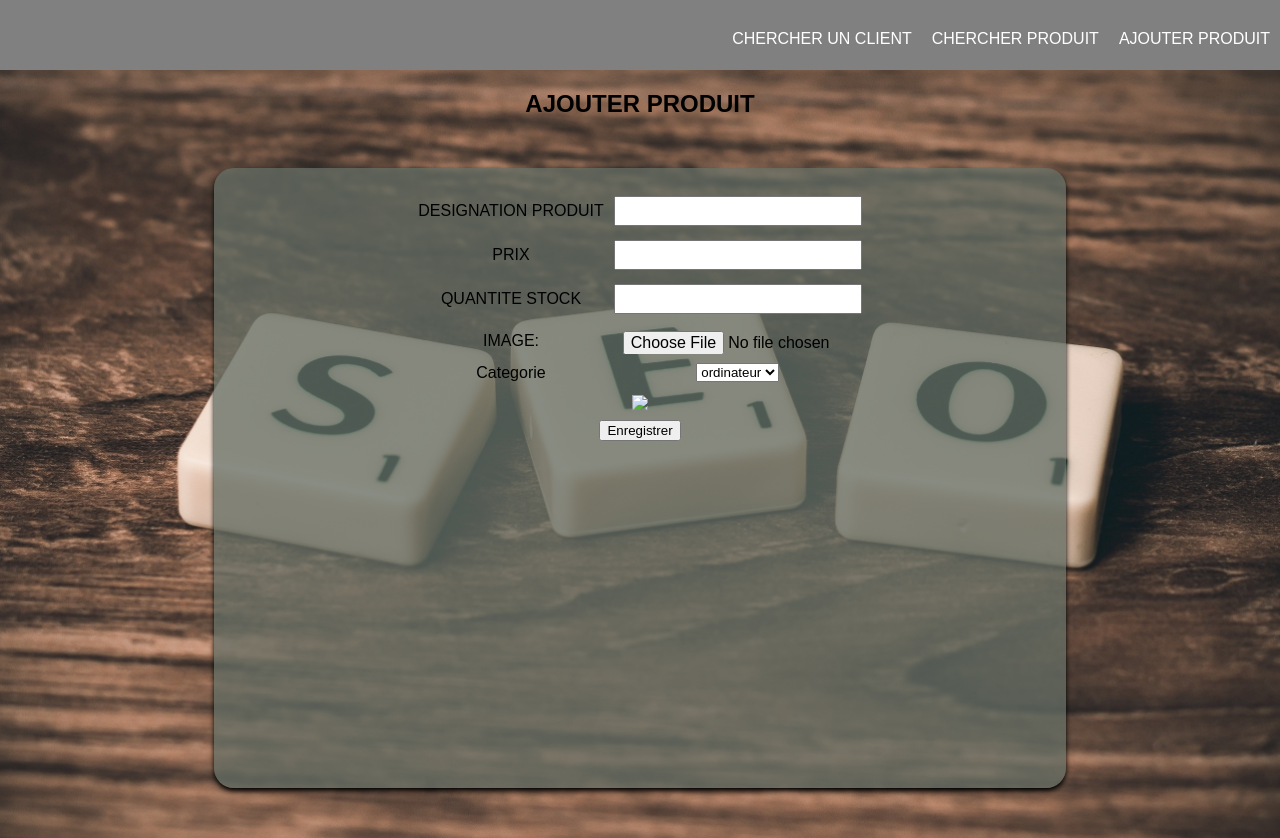
Repository: ahthionkevin/first-ecommerce-website
Page: http://localhost/addProductView.php
An editor plug-in stored every save of this project. The page is shown before and after the next save, followed by the edit.
The browser window is 1280 px wide. The pictures show the whole page.
The page is run by PHP 8.4 with error messages shown; the project is at /var/www/html/.

Above is the page before, as saved 2021-06-22 23:02:58.

### Cote_Serveur/addProductView.php
<!DOCTYPE html>
<html lang="en">
<head>
    <meta charset="UTF-8">
    <title>Ensa-Shop</title>
    <link rel="shortcut icon" href="favicon.ico" type="image/x-icon">
    <link rel="stylesheet" href="style.css">
</head>
<body>
    <?php
        require("header.php");
    ?>
    <h2>AJOUTER PRODUIT</h2>
    <form action="addProduct.php" method="post" class="read" autocomplete="off" enctype="multipart/form-data">
        <table>

            <tr>
                <td><label for="designation">DESIGNATION PRODUIT </label></td>
                <td><input type="text" name="designation" class="sign"></td>
            </tr>

            <tr>
                <td><label for="prix">PRIX </label></td>
                <td><input type="text" name="prix" class="sign"></td>
            </tr>

            <tr>
                <td><label for="qte">QUANTITE STOCK</label></td>
                <td><input type="text" name="qte" class="sign"></td>
            </tr>

            <tr>
                <td><label for="img">IMAGE: </label></td>
                <td><input type="file" name="img" id="img" accept="image/jpg" class="sign"></td>
            </tr>

            <tr>
                <td><label for="categorie">Categorie </label></td>
                <td><select name="categorie" id="caetgorie">
                    <option value="ordinateur">ordinateur</option>
                    <option value="telephone">telephone</option>
                    <option value="divers">divers</option>
                </select></td>
            </tr>

        </table>
        <img src="#" id="image" height="200px">
        <p>
            <input type="submit" value="Enregistrer">
        </p>
    </form>

</body>
<script>
    var image=document.getElementById("image");

    var img=document.getElementById("img");

    img.addEventListener('change',function(){
        const [file] = img.files
  if (file) {
    image.src = URL.createObjectURL(file)
  }
    });

</script>
</html>

### Cote_Serveur/header.php
<header>
    <nav>
        <a href="addProductView.php" class="link">AJOUTER PRODUIT</a>
        <a href="indexPRoduct.php" class="link">CHERCHER PRODUIT</a>
        <a href="index.php" class="link">CHERCHER UN CLIENT</a>
    </nav>
</header>

### Cote_Serveur/style.css

*{
    margin: 0px;
    font-family: "Century Gothic",sans-serif;
}
form{
    margin:50px auto;
    text-align: center;
    padding: 10px;


}
form.read{
    width: 65%;
    height: 600px;
    background-color: rgba(100,110,100,0.75);
    border-radius: 20px;
    box-shadow: black 0px 3px 5px;
}

#preview{
    margin:10px auto;
}
body{
    margin: 0px;
    padding:0px;
    /*background-color: aliceblue;*/
    background-image: url(./bg.jpg);
    background-size: cover;
}
table{
    margin:10px auto;
}
td{
   text-align: center;

}
label,input
{
    margin:5px 3px;
}
h2{
    text-align: center;
    padding-top: 20px;
}
.red{
    color: red;
}
header{

    background-color: gray;
    height: 50px;
    padding-top: 20px;
}

a.link{
    text-decoration: none;
    font-size: 16px;
    color: white;
    text-align: right;
    margin: 10px;
    float: right;
}
a.link:hover{
    color: black;
}
input.sign{
    padding:3px 7px;
    display: inline-block;
    width: 230px;
    height: 20px;
    font-size: 16px;
}
p.red{
    text-align: center;
}

After the next save:
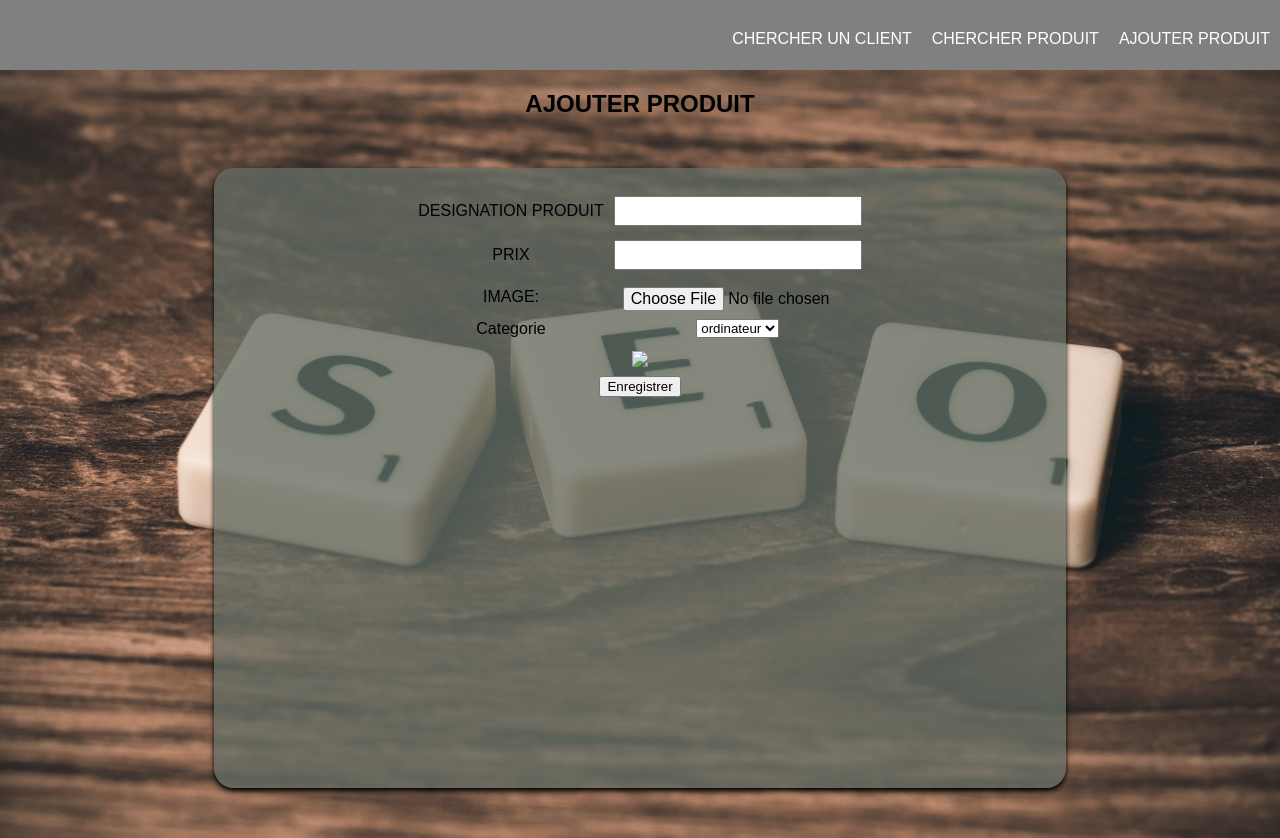
Saved 13 s later.
--- a/Cote_Serveur/addProductView.php
+++ b/Cote_Serveur/addProductView.php
@@ -22,11 +22,6 @@
             <tr>
                 <td><label for="prix">PRIX </label></td>
                 <td><input type="text" name="prix" class="sign"></td>
-            </tr>
-
-            <tr>
-                <td><label for="qte">QUANTITE STOCK</label></td>
-                <td><input type="text" name="qte" class="sign"></td>
             </tr>
 
             <tr>
